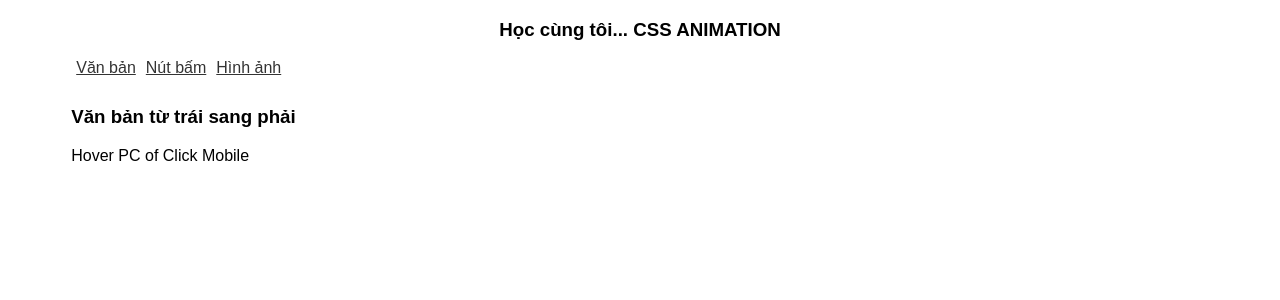
Repository: phuchoa2001/cssanimationNextjs
Page: /
An editor plug-in stored every save of this project. The page is shown before and after the next save, followed by the edit.
The browser window is 1280 px wide. The pictures show the whole page.
The project was rebuilt for these pictures with package versions that can differ from the ones it lists, and the page was loaded fresh each time. The framework's server and built-in components were replaced by stand-ins that run in the browser. Also part of the build but not shown: next.config.js.

Above is the page before, as saved 2022-09-14 18:10:16.

After the next save:
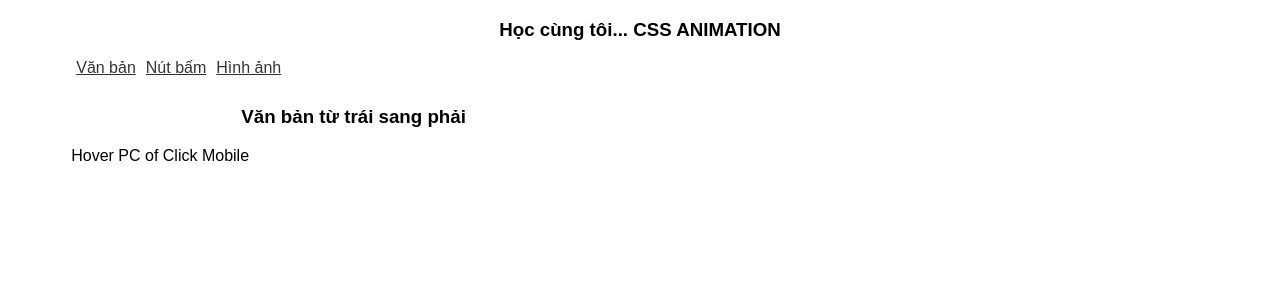
Saved 11 s later.
--- a/components/Item/Item.jsx
+++ b/components/Item/Item.jsx
@@ -2,7 +2,9 @@ import React from "react";
 import styled from "styled-components";
 
 const ItemStyles = styled.div`
-
+  .title {
+    text-align: center;
+  }
 `;
 
 function Item() {
